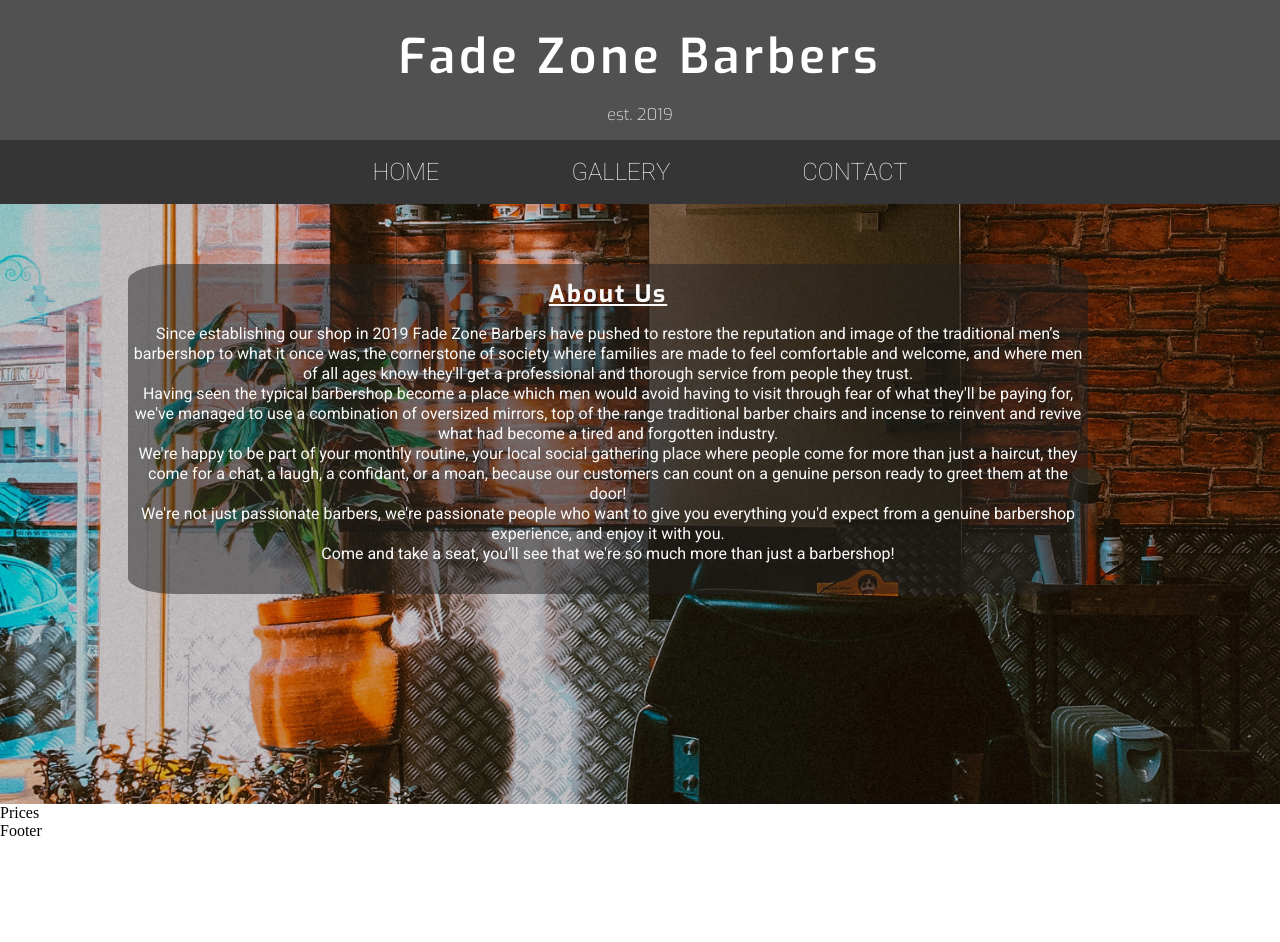
Repository: Boofy360/fade-zone-barbers
Page: index.html
The author's editor kept a record of every edit. The page is drawn from the files as they stood at one moment, then again after the next edit.
The browser window is 1280 px wide. The pictures show the whole page.

Above is the page before.

After the next edit:
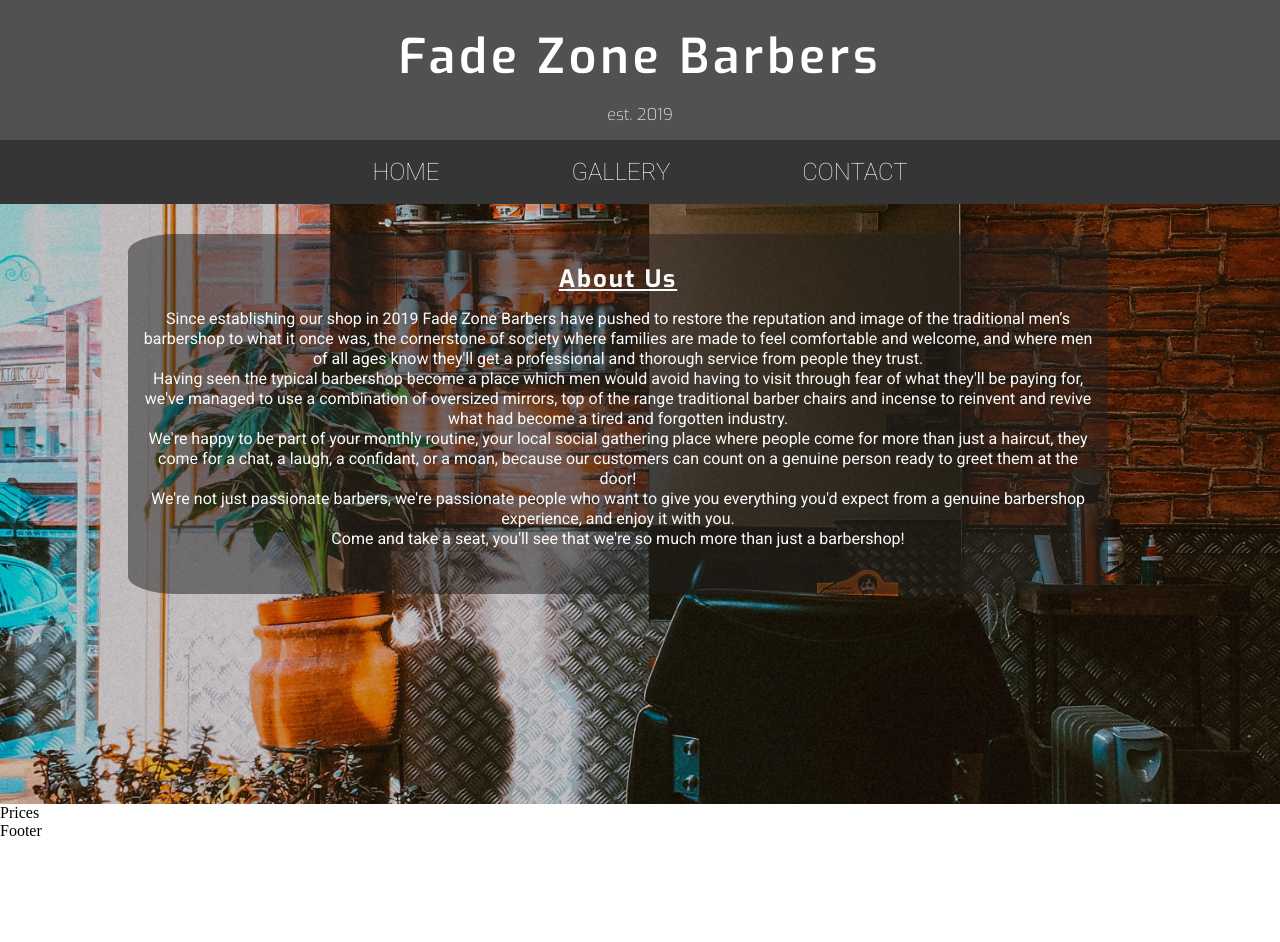
The edit:
--- a/assets/css/style.css
+++ b/assets/css/style.css
@@ -112,6 +112,7 @@
     height: 55%;
     line-height: 20px;
     border-radius: 5%;
+    padding: 15px 10px 15px;
     bottom: 35%;
     left: 10%;
     position: absolute;
